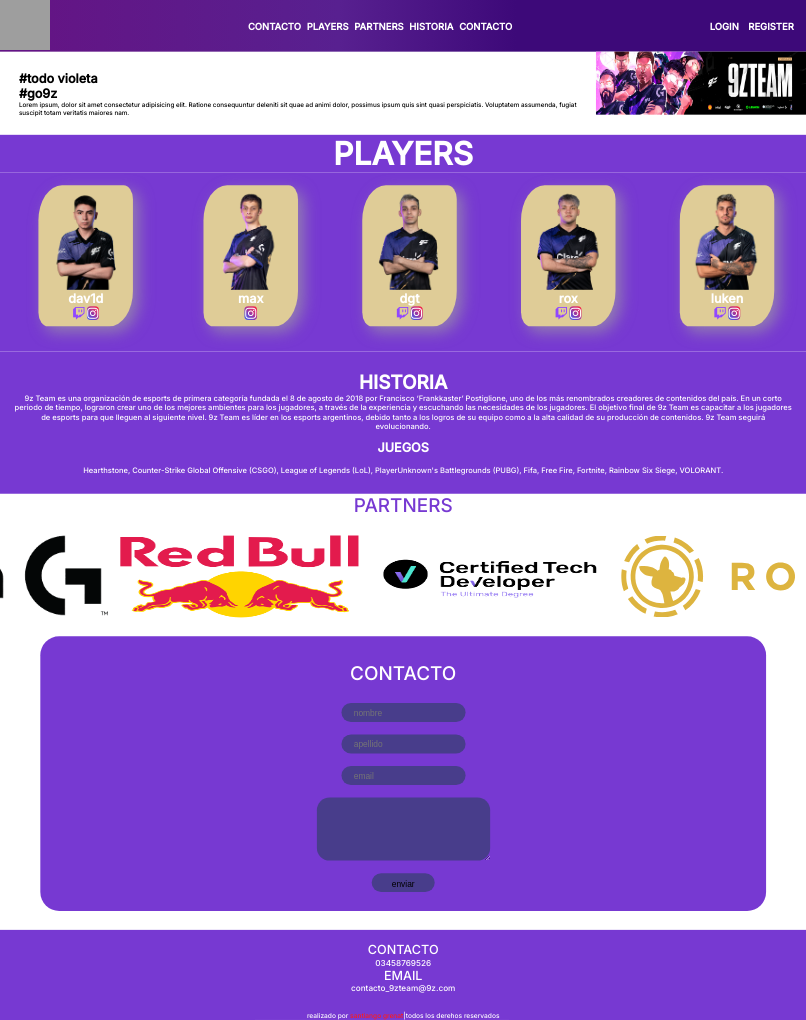
Repository: santig20/trabajo-practico-integrador-nuncba-html-css-
Page: index.html
An editor plug-in stored every save of this project. The page is shown before and after the next save, followed by the edit.
The browser window is 1280 px wide. The pictures show the whole page, at 63% of full size.
Pictures or frames that could not be fetched are drawn as grey boxes. Some web libraries are served in a nearby version.

Above is the page before, as saved 2022-06-25 09:39:16.

After the next save:
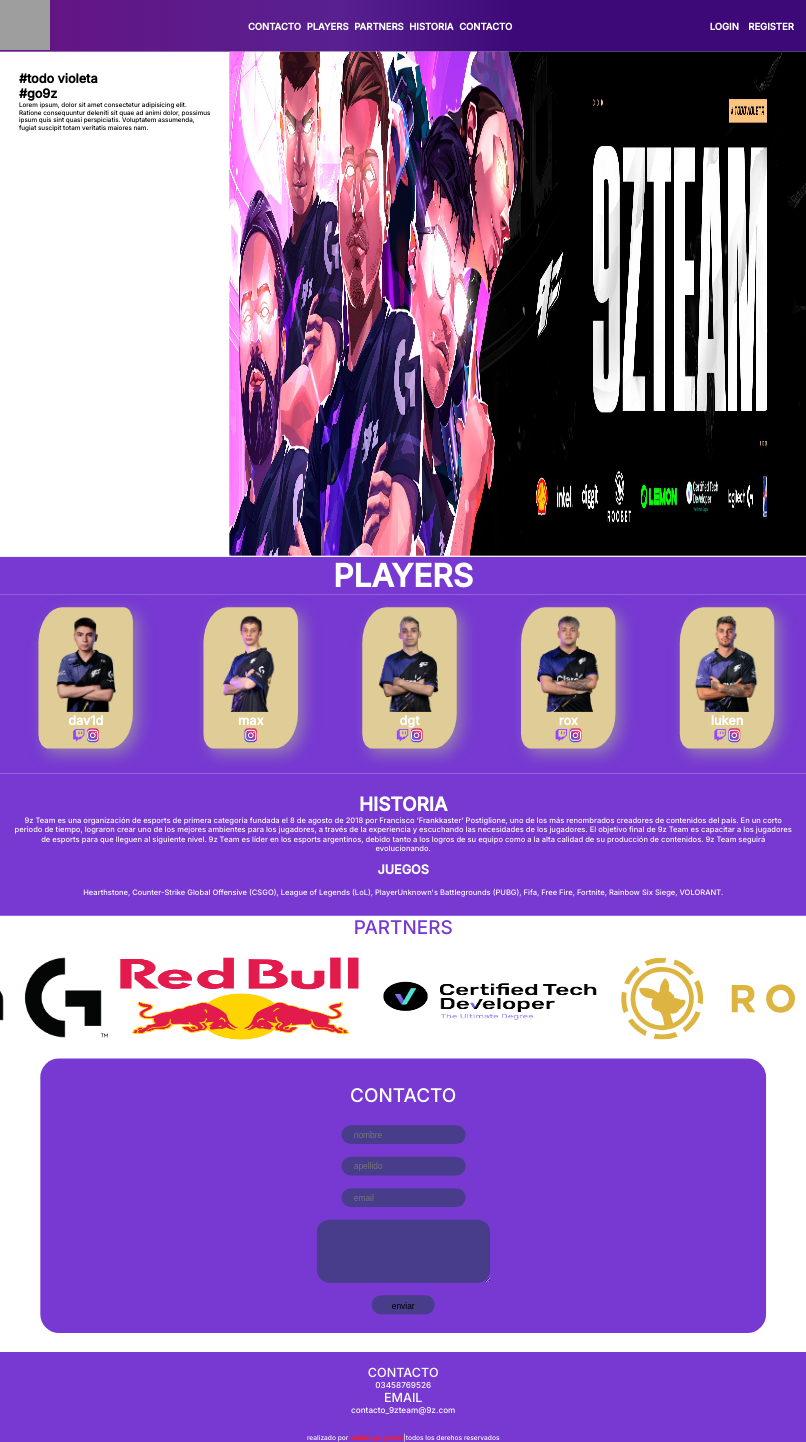
Saved 8 s later.
--- a/desktop.css
+++ b/desktop.css
@@ -30,5 +30,5 @@
     }
 
     .img_hero img{
-      height: 10rem;
+      height: 80rem;
     }
